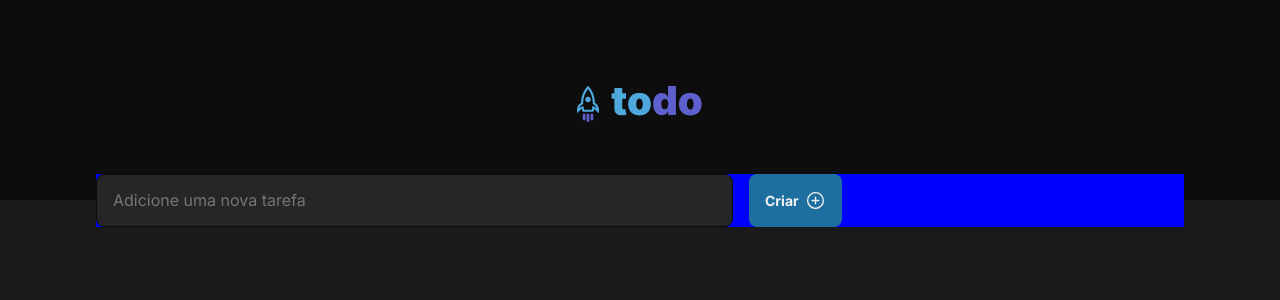
Repository: viniimartins/ToDoListROCKETSEAT
Page: /
The author's editor kept a copy of each file at every save. The page is drawn from the files as they stood at one save, then again after a run of saves.
The browser window is 1280 px wide. The pictures show the whole page.
The project was rebuilt for these pictures with package versions that can differ from the ones it lists, and the page was loaded fresh each time. Also part of the build but not shown: vite.config.ts.

Above is the page before, as saved 2023-05-05 15:18:43.

After the next 22 saves:
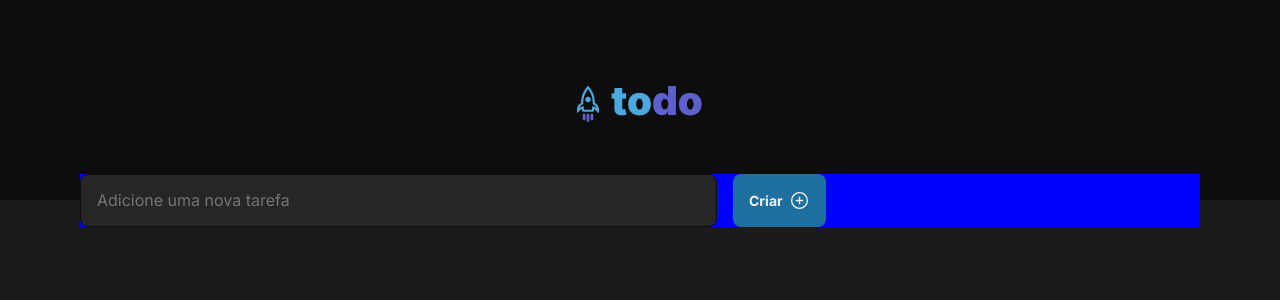
The 22 saves are shown as one change because they came seconds apart.
The last was saved 45 s later.
--- a/src/App.module.css
+++ b/src/App.module.css
@@ -1,10 +1,10 @@
 .wrapper {
   max-width: 70rem;
   margin: -1.656rem auto;
-  padding: 0 1rem;
+  /* padding: 0 1rem; */
 
   display: grid;
   grid-template-columns: 1fr;
   gap: 2rem;
-  /* align-items: flex-start; */
+  align-items: flex-start;
 }
